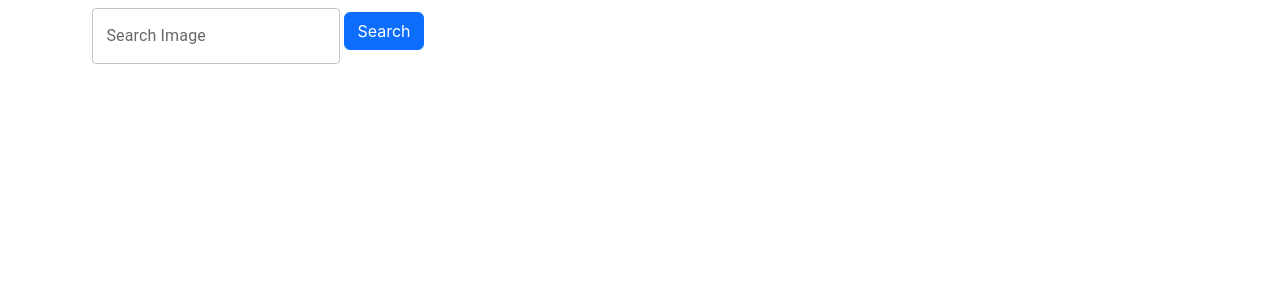
Repository: mohit78911/Snapshot
Page: /
These files come from the project's save history. The page is drawn as it stood at one moment and after a run of saves; the edit follows.
The browser window is 1280 px wide. The pictures show the whole page.
The project was rebuilt for these pictures with package versions that can differ from the ones it lists, and the page was loaded fresh each time.

Above is the page before, as saved 2023-09-01 10:45:14.

### public/index.html
<!DOCTYPE html>
<html lang="en">
  <head>
    <meta charset="utf-8" />
    <link rel="icon" href="%PUBLIC_URL%/favicon.ico" />
    <link href="https://cdn.jsdelivr.net/npm/bootstrap@5.3.1/dist/css/bootstrap.min.css" rel="stylesheet" integrity="sha384-4bw+/aepP/YC94hEpVNVgiZdgIC5+VKNBQNGCHeKRQN+PtmoHDEXuppvnDJzQIu9" crossorigin="anonymous">
    <meta name="viewport" content="width=device-width, initial-scale=1" />
    <meta name="theme-color" content="#000000" />
    <meta
      name="description"
      content="Web site created using create-react-app"
    />
    <link rel="apple-touch-icon" href="%PUBLIC_URL%/logo192.png" />

    <link rel="manifest" href="%PUBLIC_URL%/manifest.json" />

    <title>React App</title>
  </head>
  <body style="text-align: center;">
    <noscript>You need to enable JavaScript to run this app.</noscript>
    <div id="root"></div>
    <script src="https://cdn.jsdelivr.net/npm/bootstrap@5.3.1/dist/js/bootstrap.bundle.min.js" integrity="sha384-HwwvtgBNo3bZJJLYd8oVXjrBZt8cqVSpeBNS5n7C8IVInixGAoxmnlMuBnhbgrkm" crossorigin="anonymous"></script>
  </body>
</html>

### src/App.js
import { Box } from "@mui/material";
import React from "react";
import SnapShot from "./snapshot/SnapShot";
console.log("hey i am snapshot Component")
export default function App() {
  return (
    <Box>
      <SnapShot />
    </Box>
  );
}

### src/snapshot/SnapShot.js
import React, { useEffect, useState } from "react";
import axios from "axios";
import "../App.css";

import SnapshotTable from "./SnapshotTable";
import SearchBox from "./SearchBox";

export default function SnapShot() {
  const [image, setImage] = useState("");
  const [data, setData] = useState([]);
  const getData = (e) => {
    e.preventDefault();
    axios
      .get(
        `https://api.unsplash.com/search/collections?page=1&query=${image}&client_id=-DzO7DyFZFBUXuUjR2Tb8dbbi8Qcg40oNw2kVfqoREI`
      )
      .then((result) => {
        setData(result.data.results[0].preview_photos);
        // console.log(result.data.results[0].preview_photos);
      })
      .catch((error) => console.log(error));
  };

  // useEffect(() => {
  //   getData();
  // }, []);

  console.log(data);
  return (
    <div class="container">
    <div class="row">
      <div class="col-4" className="firstColoum">
      <SearchBox setImage={setImage} image={image} getData={getData} />
      </div>
      <div class="col-8">
      <SnapshotTable data={data} />
      </div>
    </div>
    </div>
  );
}

### src/snapshot/SnapshotTable.js
import React from "react";
import "./SnapshotCss.css";

function SnapshotTable({ data }) {
  return (
    <div>
      <div>
        {data.map((value, i) => {
          return (
            <tr key={i} className="imgdisplay">
              <td>
                <div className="card" style={{ width: "18rem" }}>
                  <img className="card-img-top" src={value.urls.regular} />
                </div>
              </td>
            </tr>
          );
        })}
      </div>
    </div>
  );
}

export default SnapshotTable;

### src/snapshot/SearchBox.js
import React from "react";
import { TextField } from "@mui/material";
import "./SearchBox.css"

function SearchBox({ getData, setImage, image }) {
  return (
    <div>
      <div>
        <form onSubmit={getData} className="mt-2">
          <TextField
            value={image}
            onChange={(e) => setImage(e.target.value)}
            label="Search Image"
          />
          <button type="submit" className="btn btn-primary m-1">
            Search
          </button>
        </form>
      </div>
    </div>
  );
}

export default SearchBox;

### src/snapshot/SnapshotCss.css
.imgdisplay {
    display:inline-flex;
    margin-top: 15px;
    /* justify-content: center;
    align-items: center;
    align-content: center; */
}

*{
    flex: 5;
}

### src/snapshot/SearchBox.css
*{
    flex: 5;
}

### src/App.css
.App {
  text-align: center;
}

.App-logo {
  height: 40vmin;
  pointer-events: none;
}

@media (prefers-reduced-motion: no-preference) {
  .App-logo {
    animation: App-logo-spin infinite 20s linear;
  }
}

.App-header {
  background-color: #282c34;
  min-height: 100vh;
  display: flex;
  flex-direction: column;
  align-items: center;
  justify-content: center;
  font-size: calc(10px + 2vmin);
  color: white;
}

.App-link {
  color: #61dafb;
}

@keyframes App-logo-spin {
  from {
    transform: rotate(0deg);
  }

  to {
    transform: rotate(360deg);
  }
}

Loaded but not shown: src/index.js (common file); src/index.css (common file); src/reportWebVitals.js (common file)

After the next 4 saves:
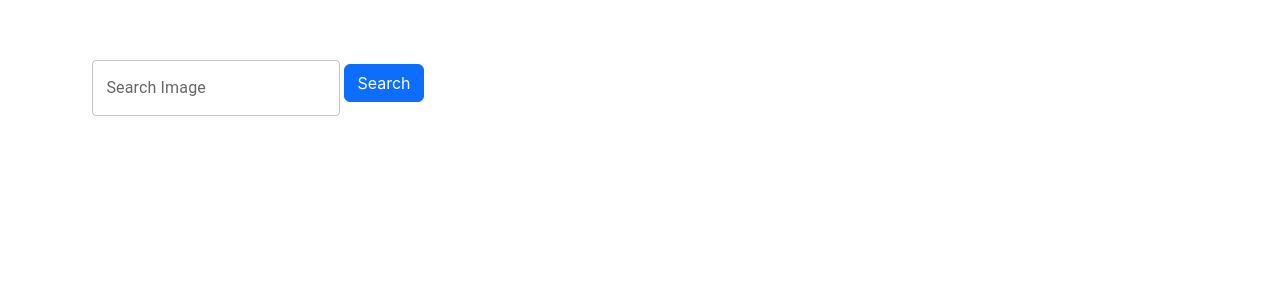
The 4 saves are shown as one change because they came seconds apart.
The last was saved 20 s later.
--- a/src/App.css
+++ b/src/App.css
@@ -37,3 +37,7 @@
     transform: rotate(360deg);
   }
 }
+
+.firstColoum{
+  margin-top: 52px;
+}
